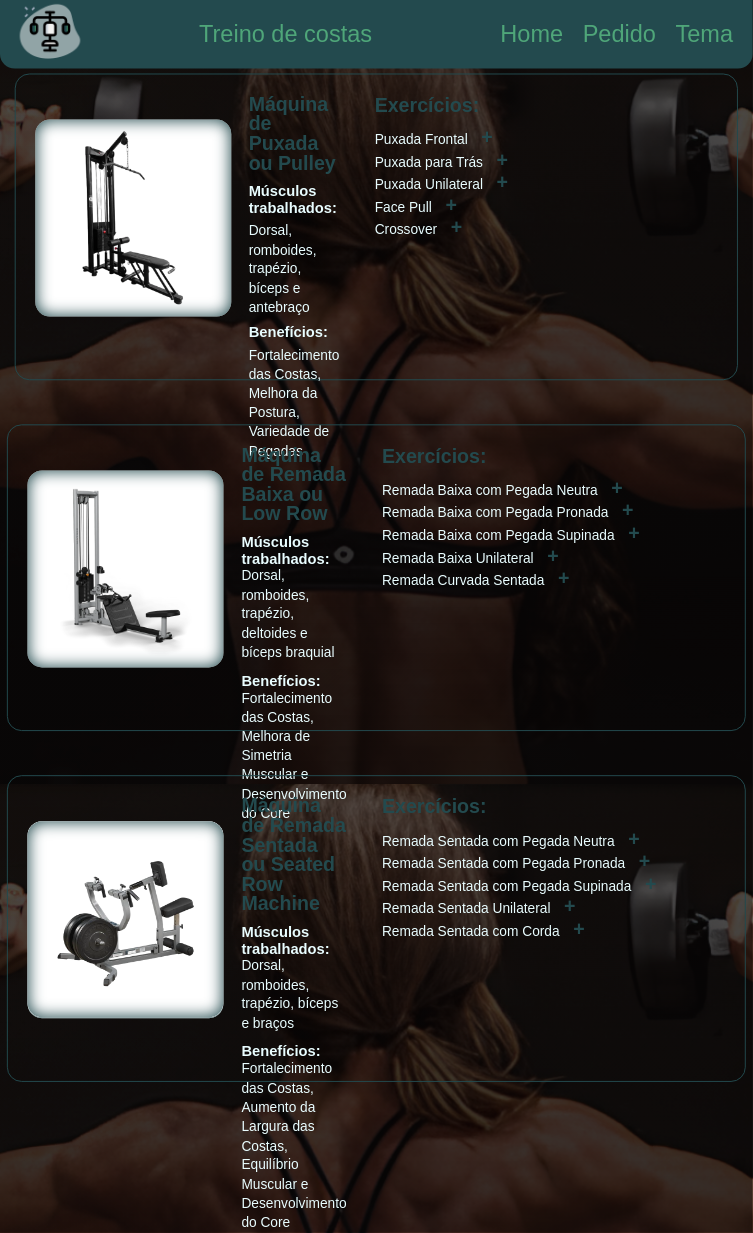
Repository: Marinalr-25/Projeto-Aparelhos-de-Academia
Page: costas.html
These files come from the project's save history. The page is drawn as it stood at one moment and after the next save; the edit follows.
The browser window is 768 px wide. The pictures show the whole page, at 98% of full size.
Backgrounds fixed to the window are drawn as part of the page.

Above is the page before, as saved 2025-01-07 13:49:40.
Console error: TypeError: Cannot read properties of null (reading 'addEventListener')

### costas.html
<!DOCTYPE html>
<html lang="pt">
  <head>
    <meta charset="UTF-8" />
    <meta name="viewport" content="width=device-width, initial-scale=1.0" />
    <link rel="stylesheet" href="css/style.css" />
    <link rel="stylesheet" href="css/temas.css" />
    <link
      rel="stylesheet"
      href="css/media-990.css"
      media="(max-width: 990px)"
    />
    <link
      rel="stylesheet"
      href="css/media-767.css"
      media="(max-width: 767px)"
    />

    <link
      rel="stylesheet"
      href="css/media-660.css"
      media="(max-width: 660px)"
    />
    <link
      rel="stylesheet"
      href="css/media-580.css"
      media="(max-width: 580px)"
    />

    <title>costas</title>
  </head>
  <body class="body costas">
    <header class="header sobe">
      <a href="telaPrincipal.html">
        <img class="logo" src="imagens/logoverde.png" alt="logo" />
      </a>
      <p>Treino de costas</p>
      <nav>
        <ul>
          <li class="lista-cabecalho" class="homeCostas">
            <a href="telaPrincipal.html">Home</a>
          </li>
          <li class="lista-cabecalho" id="pedido">
            <a href="pedido.html">Pedido</a>
          </li>
          <li class="lista-cabecalho" id="tema"><a href="#">Tema</a></li>
        </ul>
      </nav>
      <div class="nav-icones">
        <svg
          xmlns="http://www.w3.org/2000/svg"
          class="nav-icone--menu"
          viewBox="0 0 512 512"
        >
          <path
            fill="none"
            stroke="currentColor"
            stroke-linecap="round"
            stroke-miterlimit="10"
            stroke-width="32"
            d="M80 160h352M80 256h352M80 352h352"
          ></path>
        </svg>

        <svg
          xmlns="http://www.w3.org/2000/svg"
          class="nav-icone--fechar"
          viewBox="0 0 512 512"
        >
          <path
            fill="none"
            stroke="currentColor"
            stroke-linecap="round"
            stroke-linejoin="round"
            stroke-width="32"
            d="M368 368L144 144M368 144L144 368"
          ></path>
        </svg>
      </div>
    </header>
    <main class="mainBody move-bottom">
      <section>
        <div class="container">
          <div class="maquinas">
            <div class="img-maquinas">
              <img src="aparelhos/maquina-pulley.png" alt="maquina-pulley" />
            </div>
            <div class="informacoes">
              <div>
                <h2 class="title">Máquina de Puxada ou Pulley</h2>
              </div>
              <div class="separar">
                <div class="infos">
                  <h3 class="h3">Músculos trabalhados:</h3>
                  <p class="info">
                    Dorsal, romboides, trapézio, bíceps e antebraço
                  </p>
                </div>
                <div class="infos">
                  <h3 class="h3">Benefícios:</h3>
                  <p class="info">
                    Fortalecimento das Costas, Melhora da Postura, Variedade de
                    Pegadas
                  </p>
                </div>
              </div>
            </div>
            <div class="exercicios">
              <h3 class="title">Exercícios:</h3>
              <ul>
                <li>
                  Puxada Frontal
                  <span class="mais">+</span>
                  <div class="tooltip">
                    Sente-se na máquina, segure a barra com as mãos afastadas na
                    largura dos ombros (pegada pronada ou neutra) e puxe a barra
                    em direção ao peito, mantendo os cotovelos para baixo e para
                    trás.
                  </div>
                </li>
                <li>
                  Puxada para Trás
                  <span class="mais">+</span>
                  <div class="tooltip">
                    Sente-se na máquina, segure a barra com as palmas para cima
                    e as mãos mais afastadas que a largura dos ombros e puxe a
                    barra em direção ao peito, mantendo os cotovelos para trás e
                    perto do corpo
                  </div>
                </li>
                <li>
                  Puxada Unilateral
                  <span class="mais">+</span>
                  <div class="tooltip">
                    Sente-se ou fique de pé, segurando uma alça com uma mão e
                    mantendo o tronco estável, com a outra mão livre ou
                    segurando o apoio da máquina. Puxe o cabo em direção ao
                    tronco, mantendo o cotovelo próximo ao corpo e a escápula
                    contraída.
                  </div>
                </li>
                <li>
                  Face Pull
                  <span class="mais">+</span>
                  <div class="tooltip">
                    Segure a corda com as duas mãos e puxe o cabo em direção ao
                    rosto, ativando os deltoides posteriores e o trapézio.
                  </div>
                </li>
                <li>
                  Crossover
                  <span class="mais">+</span>
                  <div class="tooltip">
                    Com as cordas ou alças ajustadas nas duas extremidades da
                    máquina, puxe as alças cruzando-as à frente do corpo, como
                    se estivesse tentando juntar as mãos em um movimento de
                    abertura de peito.
                  </div>
                </li>
              </ul>
            </div>
          </div>
          <div class="maquinas">
            <div class="img-maquinas">
              <img src="aparelhos/maquina-low-row.png" alt="maquina-pulley" />
            </div>
            <div class="informacoes">
              <div>
                <h2 class="title">Máquina de Remada Baixa ou Low Row</h2>
              </div>
              <div class="infos">
                <h3 class="h3">Músculos trabalhados:</h3>
                <p class="info">
                  Dorsal, romboides, trapézio, deltoides e bíceps braquial
                </p>
              </div>
              <div class="infos">
                <h3 class="h3">Benefícios:</h3>
                <p class="info">
                  Fortalecimento das Costas, Melhora de Simetria Muscular e
                  Desenvolvimento do Core
                </p>
              </div>
            </div>
            <div class="exercicios">
              <h3 class="title">Exercícios:</h3>
              <ul>
                <li>
                  Remada Baixa com Pegada Neutra
                  <span class="mais">+</span>
                  <div class="tooltip">
                    Esse é o exercício clássico na máquina, onde a pessoa usa um
                    pegador em formato de "V" (pegada neutra) para trabalhar
                    principalmente a espessura da parte média das costas, com
                    foco nos músculos romboides e dorsais
                  </div>
                </li>
                <li>
                  Remada Baixa com Pegada Pronada
                  <span class="mais">+</span>
                  <div class="tooltip">
                    Nessa variação, o pegador é reto e a pegada é com as palmas
                    voltadas para baixo, o que enfatiza mais o trapézio e o
                    latíssimo do dorso, além de dar um estímulo aos romboides
                  </div>
                </li>
                <li>
                  Remada Baixa com Pegada Supinada
                  <span class="mais">+</span>
                  <div class="tooltip">
                    Aqui a pegada é invertida, com as palmas das mãos voltadas
                    para cima. Essa variação ajuda a ativar mais o bíceps junto
                    com as costas, criando um movimento que trabalha tanto a
                    parte superior quanto inferior das costas
                  </div>
                </li>
                <li>
                  Remada Baixa Unilateral
                  <span class="mais">+</span>
                  <div class="tooltip">
                    Esse exercício é feito segurando o pegador com uma única mão
                    de cada vez, permitindo maior foco no lado direito ou
                    esquerdo das costas separadamente, o que ajuda na simetria e
                    força
                  </div>
                </li>
                <li>
                  Remada Curvada Sentada
                  <span class="mais">+</span>
                  <div class="tooltip">
                    Uma variação onde o tronco se inclina ligeiramente para
                    frente antes de puxar o cabo, ativando diferentes áreas dos
                    dorsais e da parte inferior das costas, além de trabalhar a
                    estabilização
                  </div>
                </li>
              </ul>
            </div>
          </div>
          <div class="maquinas">
            <div class="img-maquinas">
              <img
                class="img-maquinas"
                src="aparelhos/seated-row-machine.png"
                alt="maquina-pulley"
              />
            </div>
            <div class="informacoes">
              <div>
                <h2 class="title">
                  Máquina de Remada Sentada ou Seated Row Machine
                </h2>
              </div>
              <div class="infos">
                <h3 class="h3">Músculos trabalhados:</h3>
                <p class="info">Dorsal, romboides, trapézio, bíceps e braços</p>
              </div>
              <div class="infos">
                <h3 class="h3">Benefícios:</h3>
                <p class="info">
                  Fortalecimento das Costas, Aumento da Largura das Costas,
                  Equilíbrio Muscular e Desenvolvimento do Core
                </p>
              </div>
            </div>
            <div class="exercicios">
              <h3 class="title">Exercícios:</h3>
              <ul>
                <li>
                  Remada Sentada com Pegada Neutra
                  <span class="mais">+</span>
                  <div class="tooltip">
                    Segure as alças com as palmas das mãos voltadas uma para a
                    outra (pegada neutra) e puxe em direção ao tronco, mantendo
                    os cotovelos próximos ao corpo e os ombros relaxados.
                    Contraia as escápulas no final do movimento
                  </div>
                </li>
                <li>
                  Remada Sentada com Pegada Pronada
                  <span class="mais">+</span>
                  <div class="tooltip">
                    Segure a barra com as palmas das mãos voltadas para baixo
                    (pegada pronada) e puxe a barra para o corpo, mantendo os
                    cotovelos alinhados com o tronco. Evite balançar o corpo e
                    use um movimento controlado
                  </div>
                </li>
                <li>
                  Remada Sentada com Pegada Supinada
                  <span class="mais">+</span>
                  <div class="tooltip">
                    Segure a barra com as palmas das mãos voltadas para cima
                    (pegada supinada). Puxe a barra em direção ao corpo,
                    mantendo os cotovelos mais baixos e próximos ao tronco
                  </div>
                </li>
                <li>
                  Remada Sentada Unilateral
                  <span class="mais">+</span>
                  <div class="tooltip">
                    Segure a alça com uma mão e puxe o cabo em direção ao
                    tronco. Mantenha o tronco estável e evite torcer o corpo.
                    Repita o movimento para o outro lado
                  </div>
                </li>
                <li>
                  Remada Sentada com Corda
                  <span class="mais">+</span>
                  <div class="tooltip">
                    Use uma corda para segurar as alças e puxe em direção ao
                    tronco, abrindo as mãos ao final do movimento, aumentando a
                    contração nos romboides e trapézio.
                  </div>
                </li>
              </ul>
            </div>
          </div>
        </div>
      </section>
    </main>
    <section class="pop-up-temas">
      <div class="container">
        <div class="bolinha verde"></div>
        <div class="bolinha azul"></div>
        <div class="bolinha rosa"></div>
        <div class="bolinha vermelho"></div>
        <div class="bolinha roxo"></div>
        <div class="bolinha laranja"></div>
        <svg
          xmlns="http://www.w3.org/2000/svg"
          class="icone-fechar"
          viewBox="0 0 512 512"
        >
          <path
            fill="none"
            stroke="currentColor"
            stroke-linecap="round"
            stroke-linejoin="round"
            stroke-width="32"
            d="M368 368L144 144M368 144L144 368"
          ></path>
        </svg>
      </div>
    </section>
    <script src="js/script.js"></script>
    <script src="js/costas.js"></script>
    <script src="js/temas.js"></script>
  </body>
</html>

### css/temas.css
:root {
  --cor-fundo: #234a4e;
  --cor-texto: #4fa679;
  --verde-primario: #234a4e;
  --verde-secundario: #4fa679;
  --azul-primario: #0d6bb2;
  --azul-secundario: #83e3ff;
  --rosa-primario: #ae2478;
  --rosa-secundario: #eed3e4;
  --vermelho-primario: #a50000;
  --vermelho-secundario: #e4b2b2;
  --roxo-primario: #4c4c99;
  --roxo-secundario: #c9c9e0;
  --laranja-primario: #ff6c37;
  --laranja-secundario: #ffd2c3;
}

.pop-up-temas {
  display: none;
  transition: opacity 0.3s ease, transform 0.3s ease;
  &.aberto {
    display: flex;
    position: fixed;
    top: 50%;
    left: 50%;
    transform: translate(-50%, -50%);
    opacity: 1;
    height: 18rem;
    background-color: rgba(0, 0, 0, 0.95);
    border-radius: 1.5rem;

    & .container {
      display: flex;
      justify-content: center;
      align-items: center;
      gap: 1rem;
      flex-direction: row;
      padding: 2rem;
      max-width: 65rem;
      position: relative;

      & .bolinha {
        width: 4rem;
        height: 4rem;
        margin: 0.5rem;
        border-radius: 50%;

        &.verde {
          background: linear-gradient(
            to right,
            var(--verde-primario) 50%,
            var(--verde-secundario) 50%
          );
        }
        &.azul {
          background: linear-gradient(
            to right,
            var(--azul-primario) 50%,
            var(--azul-secundario) 50%
          );
        }

        &.rosa {
          background: linear-gradient(
            to right,
            var(--rosa-primario) 50%,
            var(--rosa-secundario) 50%
          );
        }
        &.vermelho {
          background: linear-gradient(
            to right,
            var(--vermelho-primario) 50%,
            var(--vermelho-secundario) 50%
          );
        }
        &.roxo {
          background: linear-gradient(
            to right,
            var(--roxo-primario) 50%,
            var(--roxo-secundario) 50%
          );
        }
        &.laranja {
          background: linear-gradient(
            to right,
            var(--laranja-primario) 50%,
            var(--laranja-secundario) 50%
          );
        }
      }
      & .icone-fechar {
        display: block;
        position: absolute;
        top: 0;
        right: 0;
        color: var(--cor-texto);
        z-index: 10001;
        width: 5rem;
        height: 5rem;
      }
    }
  }
}

### css/media-990.css
@media all and (max-width: 61.87em) {
  .body.costas {
    background-size: cover;
    & .mainBody {
      margin-top: 5rem;
      & .container {
        & .maquinas {
          display: grid;
          grid-template-columns: 1fr 1fr;
          grid-template-rows: auto auto;
          gap: 1.8rem;

          & .img-maquinas {
            align-self: center;
            & img {
              max-width: 20rem;
              max-height: 20rem;
            }
          }
        }

        & .informacoes {
          max-width: 100%;
          gap: 1rem;
          padding: 0;
          & .title {
            font-size: 2rem;
            line-height: 1;
          }

          & .separar {
            gap: 0.6rem;
          }

          & .infos {
            & .h3 {
              font-size: 1.5rem;
            }
            & .info {
              font-size: 1.4rem;
            }
          }
        }

        & .exercicios {
          max-width: 100%;
          gap: 1rem;
          grid-column: 4;

          & .title {
            font-size: 2rem;
          }

          & ul li {
            font-size: 1.4rem;
            padding-bottom: 0rem;
          }
        }
      }
    }
  }
}

### css/media-767.css
@media all and (max-width: 48em) {
  html {
    font-size: 56.25%;
  }

  .header {
    font-size: 2rem;
  }

  .tela-inicial {
    & .box-inicial {
      & .segunda-tela {
        & .aparelhos {
          width: 15rem;
          &.esquerda {
            top: 15px;
          }
        }
      }
    }
  }

  .body {
    .header {
      & .logo {
        width: 10.7vw;
        height: 10.7vw;
        min-height: 9rem;
        min-width: 9rem;
      }

      nav {
        display: none;
        opacity: 0;
        transform: translateX(100%);
        transition: opacity 0.3s ease;

        &.aberto {
          display: flex;
          opacity: 0.9;
          transform: translateX(0);
        }
      }
      & .nav-icones {
        display: block;
        max-width: 30%;
        width: 5rem;
        height: 5rem;
        margin-right: 2rem;
        margin-left: 2rem;
        color: var(--cor-texto);
        z-index: 10001;
      }
    }
    & .nav-icone--fechar {
      display: none;
    }
    &.aberto {
      opacity: 0.9;
      & nav {
        display: flex;
        flex-direction: column;
        justify-content: center;
        transform: translateX(100%);
        transition: opacity 0.3s ease, transform 0.3s ease;
        align-items: center;
        box-shadow: inset 0 0 0 3px var(--cor-texto);
        background-color: var(--cor-fundo);
        border-top-left-radius: 50px;
        border-bottom-left-radius: 50px;
        opacity: 0.9;
        position: fixed;
        top: 0;
        width: 20%;
        height: 700px;
        right: 0;
        z-index: 1000;
        overflow: hidden;

        & ul {
          flex-direction: column;
          align-items: center;
          & li {
            &:hover {
              text-decoration: underline;
            }
          }
        }
      }
      & .nav-icone--menu {
        display: block;
      }
      & .nav-icone--fechar {
        display: none;
      }
    }

    & .tela-principal {
      & .container {
        & .box {
          &.braco {
            background-image: url(/imagens/braço.png);
          }

          &.perna {
            background-image: url(/imagens/perna.png);
          }

          &.ombro {
            background-image: url(/imagens/ombro.png);
          }

          &.costas {
            background-image: url(/imagens/costasHDrecortada.png);
          }

          &.peito {
            background-image: url(/imagens/peito.png);
          }
          &.abdomen {
            background-image: url(/imagens/abdomen.png);
          }
        }
      }
    }
    &.costas {
      & .mainBody {
        margin-top: 5rem;
        & .container {
          flex-direction: row;
          justify-content: center;
          flex-wrap: wrap;
          padding-top: 3.5rem;
          & .maquinas {
            flex-direction: column;
            width: 40rem;
            height: auto;
            & .img-maquinas {
              display: block;
              margin: 0 auto;
            }

            & .informacoes {
              & .title {
                font-size: 2rem;
                line-height: 1;
              }
              & .infos {
                & .h3 {
                  font-size: 1.8rem;
                }
                & .info {
                  font-size: 1.6rem;
                }
              }
            }

            & .exercicios {
              width: 100%;
              gap: 0.5rem;

              & ul li {
                font-size: 1.6rem;
                padding-bottom: 0;
              }
            }
          }
        }
      }
    }
  }
}

### css/media-660.css
@media all and (max-width: 41.25em) {
  .tela-inicial {
    & .box-inicial {
      & .primeira-tela {
        justify-content: center;
      }
      & .segunda-tela {
        gap: 1.5rem;
      }
      & .pontos {
        & div {
          width: 0.9rem;
          height: 0.9rem;
        }
        & .primeiro-ponto {
          transform: translate(-25px, 7px);
        }
        & .segundo-ponto {
          transform: translate(0, 0);
        }
        & .terceiro-ponto {
          transform: translate(25px, -7px);
        }
      }
    }

    .topo {
      & .h2-muitoBem {
        text-align: center;
        & #nome-saudacao {
          display: block;
        }
      }
    }
  }

  .body.costas {
    background-size: cover;
  }
}

### css/media-580.css
@media all and (max-width: 36.25em) {
  .tela-inicial {
    & .box-inicial {
      height: 60rem;
      & .pontos {
        & div {
          width: 0.9rem;
        }
        & .primeiro-ponto {
          transform: translate(-25px, -3px);
        }
        & .segundo-ponto {
          transform: translate(0, -10px);
        }
        & .terceiro-ponto {
          transform: translate(25px, -17px);
        }
      }
    }
  }
}

Loaded but not shown: js/temas.js (93 lines, source omitted); js/script.js (83 lines, source omitted); js/costas.js (18 lines, source omitted); css/style.css (565 lines, source omitted)

After the next save:
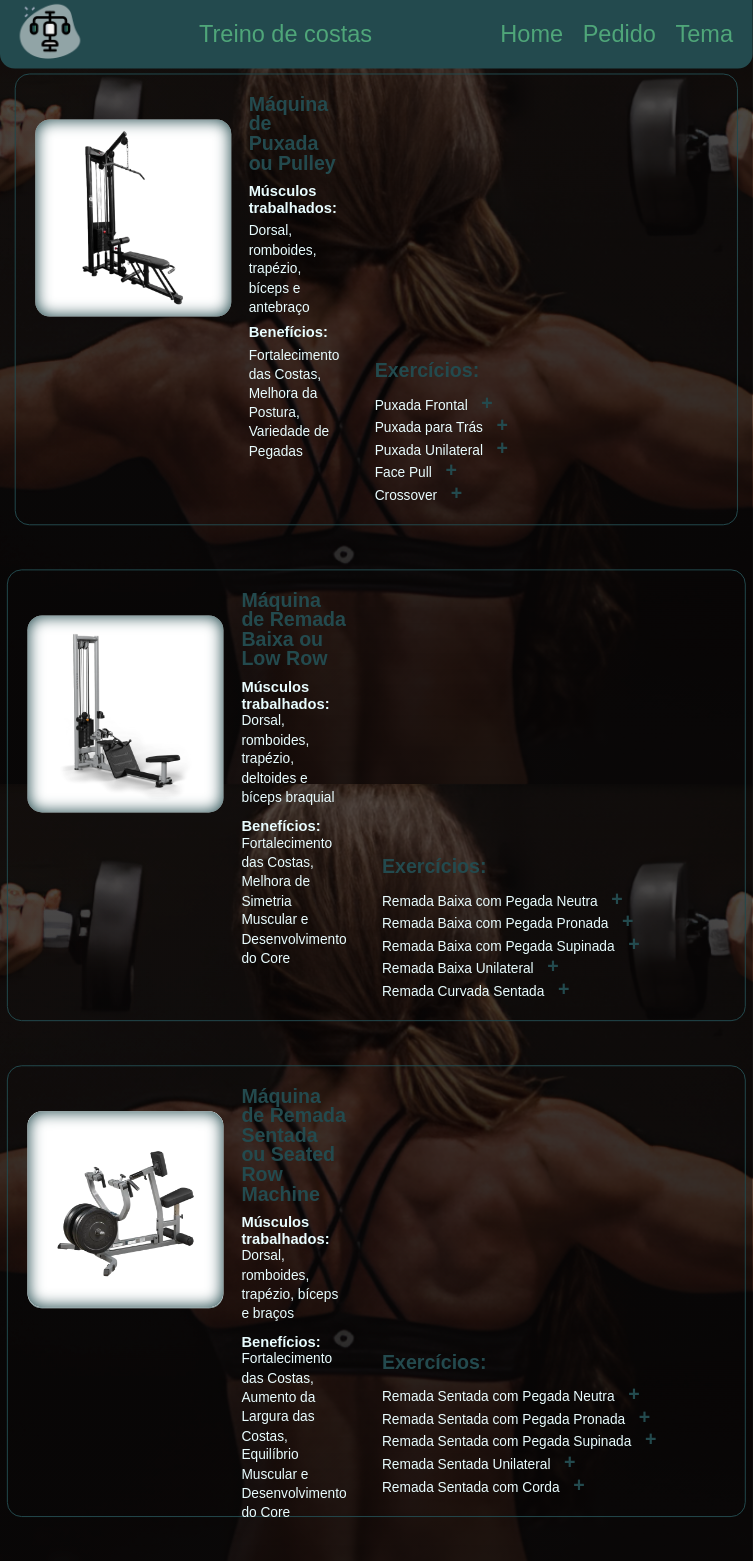
Saved 17 s later.
--- a/css/media-990.css
+++ b/css/media-990.css
@@ -46,6 +46,7 @@
           max-width: 100%;
           gap: 1rem;
           grid-column: 4;
+          grid-row: 2;
 
           & .title {
             font-size: 2rem;
